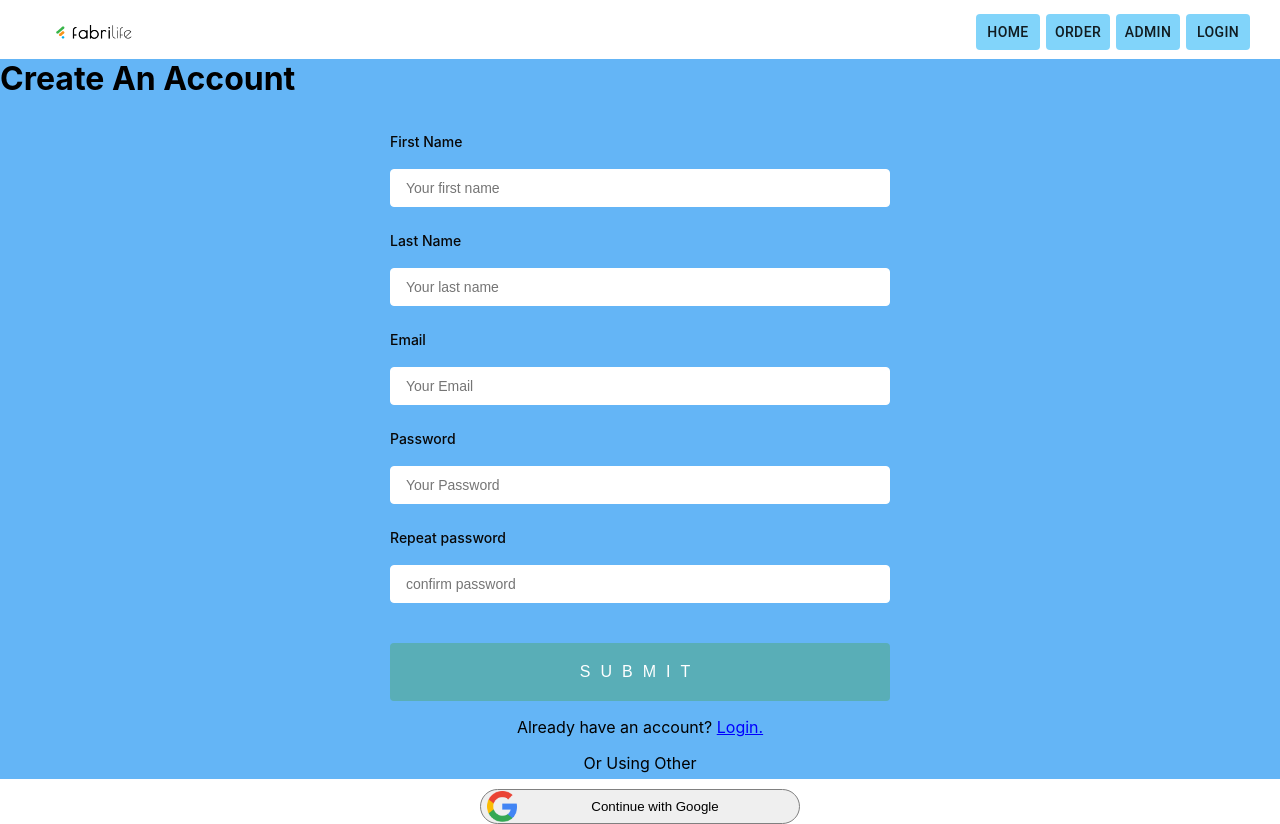
Repository: arif286/fabrilife-E-commerce-client-site
Page: /login
An editor plug-in stored every save of this project. The page is shown before and after the next save, followed by the edit.
The browser window is 1280 px wide. The pictures show the whole page.
The project was rebuilt for these pictures with package versions that can differ from the ones it lists, and the page was loaded fresh each time. Also part of the build but not shown: src/components/Admin/Admin.css, src/components/Admin/AddEvent/AddEvent.css, src/components/Admin/AddEvent/AddEvent.js, src/components/Admin/ProductManage/ProductManage.js, src/components/Admin/Sidebar/Sidebar.css, src/components/Admin/Sidebar/Sidebar.js, src/components/Admin/Admin.js, src/components/CheckOut/CheckOut.css and 13 more.

Above is the page before, as saved 2021-04-01 03:25:12.

After the next save:
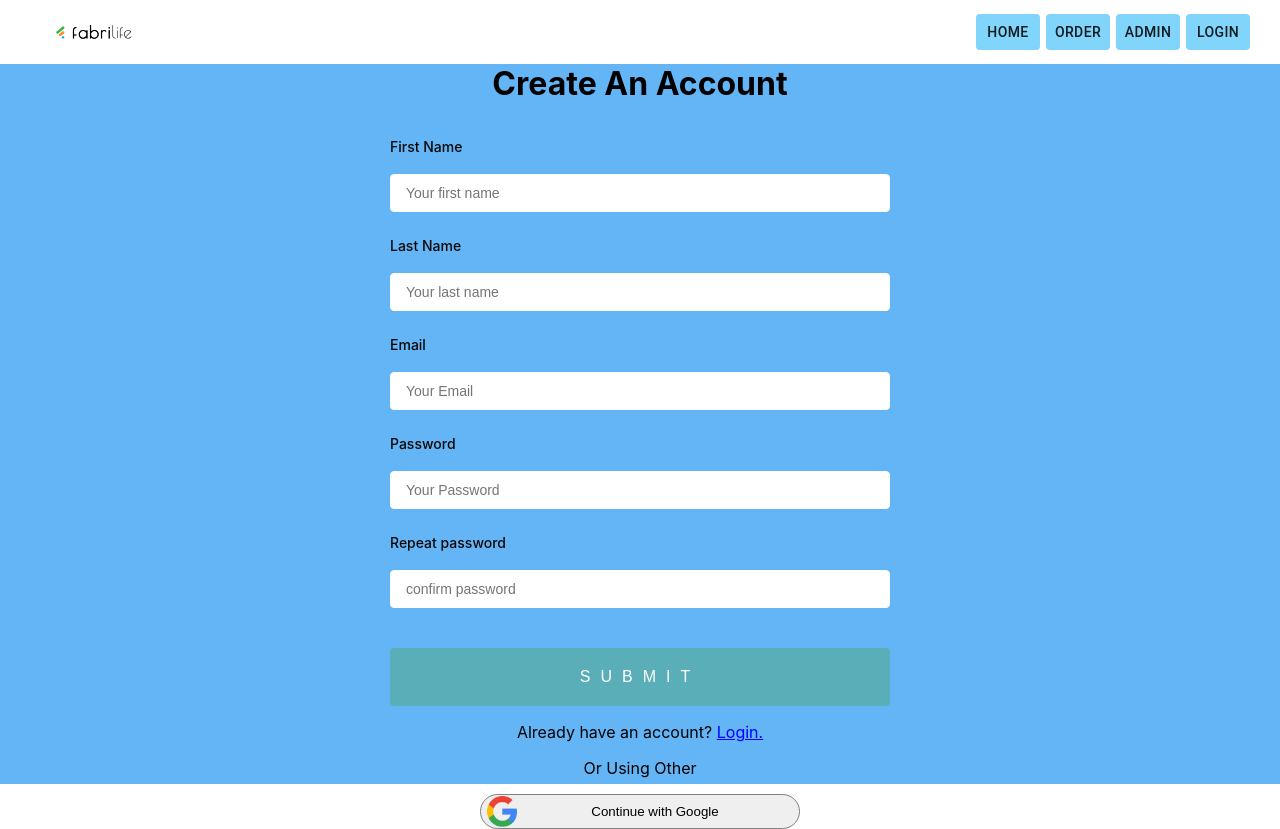
Saved 55 s later.
--- a/src/components/Login/Login.css
+++ b/src/components/Login/Login.css
@@ -89,5 +89,5 @@ button[type="submit"]:hover,
 .login-page {
   background-color: #64b5f6;
   height: 100vh;
-  margin-top: -5px;
+  text-align: center;
 }
